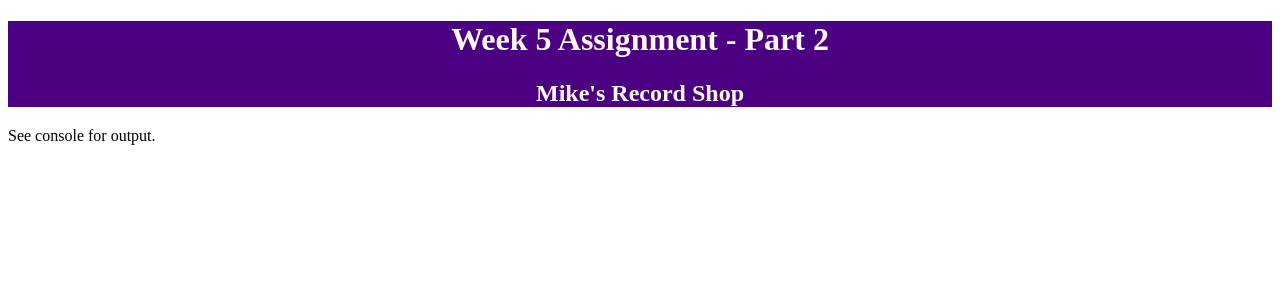
Repository: Ellusionism/prime-pw-week-5-assignment-part-2
Page: assignment/index.html
These files come from the project's save history. The page is drawn as it stood at one moment and after a run of saves; the edit follows.
The browser window is 1280 px wide. The pictures show the whole page.

Above is the page before, as saved 2022-11-24 18:47:03.

### assignment/index.html
<!DOCTYPE html>
<html>
  <head>
    <meta charset="utf-8">
    <title>Week 5 Assignment</title>
    <link rel="stylesheet" href="stylesheet.css">
  </head>
  <body>
    <header>
      <h1>Week 5 Assignment - Part 2</h1>
      <h2>Mike's Record Shop</h2>
    </header>
    <main>
    <p>See console for output.</p>
  </main>
    <!-- Create an unordered list with any questions you have -->
  </body>
</html>

### assignment/stylesheet.css
header {
  color: floralwhite;
  background-color: indigo;
  text-align: center;
}

main {
  background-color: lightgr
}

After the next 2 saves:
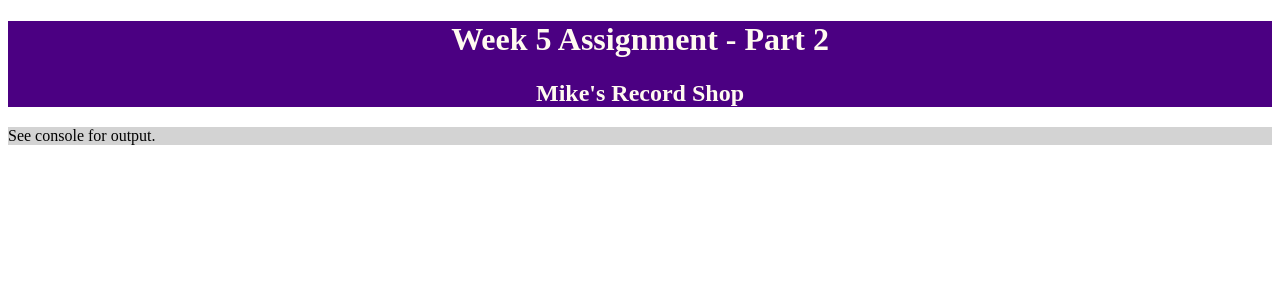
The 2 saves are shown as one change because they came seconds apart.
The last was saved 6 s later.
--- a/assignment/stylesheet.css
+++ b/assignment/stylesheet.css
@@ -5,5 +5,5 @@ header {
 }
 
 main {
-  background-color: lightgr
+  background-color: lightgray;
 }
